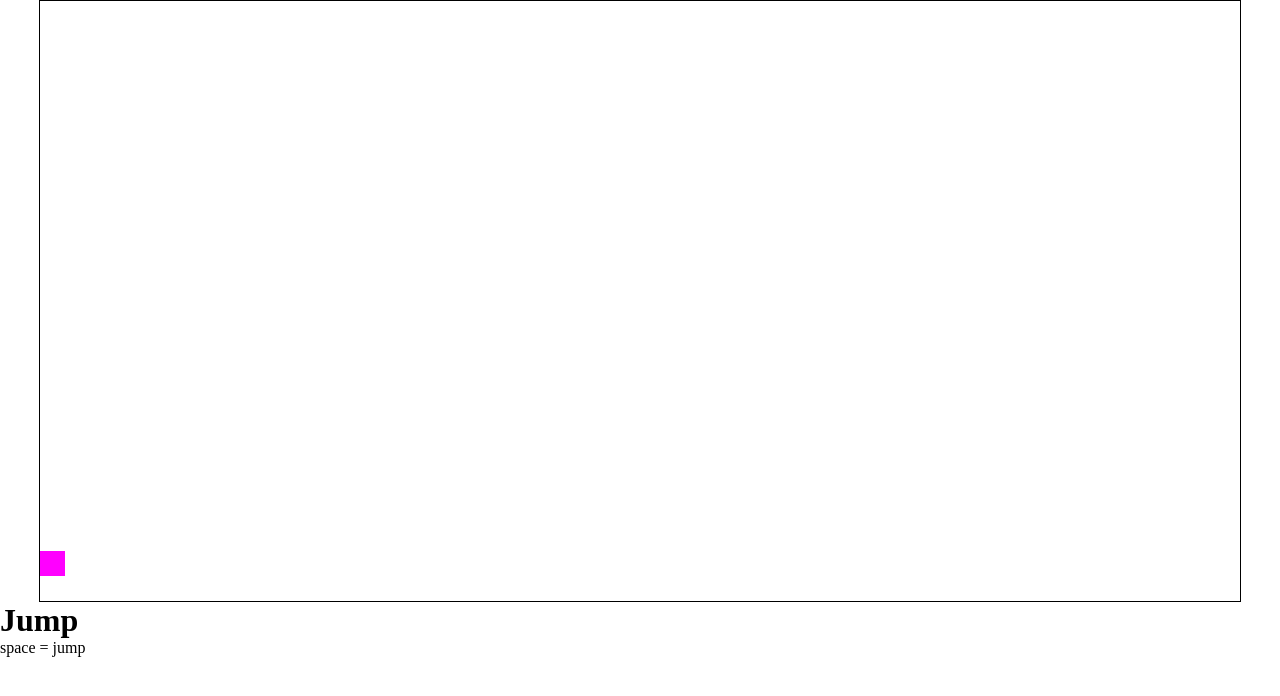
Repository: thecptwaffles/bad-game
Page: index.html
The author's editor kept a copy of each file at every save. The page is drawn from the files as they stood at one save, then again after the next save.
The browser window is 1280 px wide. The pictures show the whole page.

Above is the page before, as saved 2022-02-05 08:34:23.

### index.html
<!DOCTYPE html>
<html lang="en" onkeydown="jump()">

<head>
    <meta charset="UTF-8">
    <meta http-equiv="X-UA-Compatible" content="IE=edge">
    <meta name="viewport" content="width=device-width, initial-scale=1.0">
    <title>Jump</title>
    <link rel="stylesheet" href="style.css">
</head>

<body>
    <div id="center">
        <div id="game">
            <div id="Steve"></div>
            <div id="block"></div>
        </div>
    </div>
    <h1>Jump</h1>
    <p>space = jump</p>
</body>
<script src="./index.js"></script>

</html>

### style.css
* {
    padding: 0;
    margin: 0;
}

#game {
    width: 1200px;
    height: 600px;
    border: 1px solid black;
}

#Steve {
    width: 25px;
    height: 25px;
    background-color: magenta;
    position: relative;
    top: 550px;
}

.animate {
    animation: jump 500ms;
}

@keyframes jump {
    0%{
        top: 550px;
    }

    30% {
        top: 480px;
    }

    70% {
        top: 480px;
    }

    100% {
        top: 550px;
    }
}

#block {
    width: 20px;
    height: 20px;
    background-color: aquamarine;
    position: relative;
    top: 530px;
    left: 480px;
    animation: block 2s infinite linear;
}

@keyframes block {
    0%{
        left: 1200px;
    }

    100%{
        left: -40px;
    }
}

#center {
    display: flex;
    align-items: center;
    justify-content: center;
}

### index.js
var Steve = document.getElementById('Steve');
var block = document.getElementById('block');
var jumpSound = new Audio('jump.wav');
var deathSound = new Audio('death.wav');
var menuSound = new Audio('menu.wav');

function jump(){
    if(Steve.classList !='animate'){
        Steve.classList.add('animate');
    }
    Steve.classList.add('animate');
    setTimeout(function(){
        Steve.classList.remove('animate');
    },500)

    jumpSound.play();
}

var checkDead = setInterval(function(){
    var steveTop = parseInt(window.getComputedStyle(Steve).getPropertyValue('top'));

    var blockLeft = parseInt(window.getComputedStyle(block).getPropertyValue('left'));

    if(blockLeft<20 && blockLeft>0 && steveTop >= 550 ) {
        block.style.animation = 'none';
        block.style.display = 'none';
        deathSound.play()
        if(alert('You Lose :(')){}
else    window.location.reload();
        menuSound.play()
    }
},10)

After the next save:
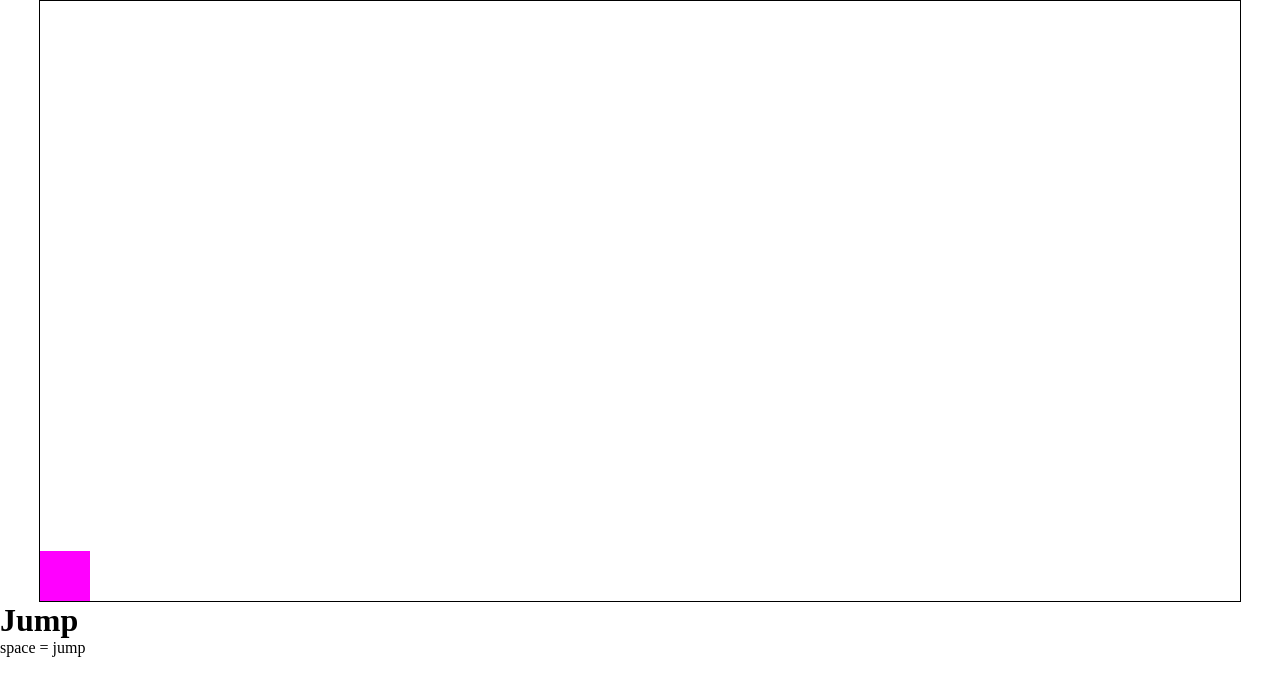
Saved 2 min 20 s later.
--- a/style.css
+++ b/style.css
@@ -10,8 +10,8 @@
 }
 
 #Steve {
-    width: 25px;
-    height: 25px;
+    width: 50px;
+    height: 50px;
     background-color: magenta;
     position: relative;
     top: 550px;
